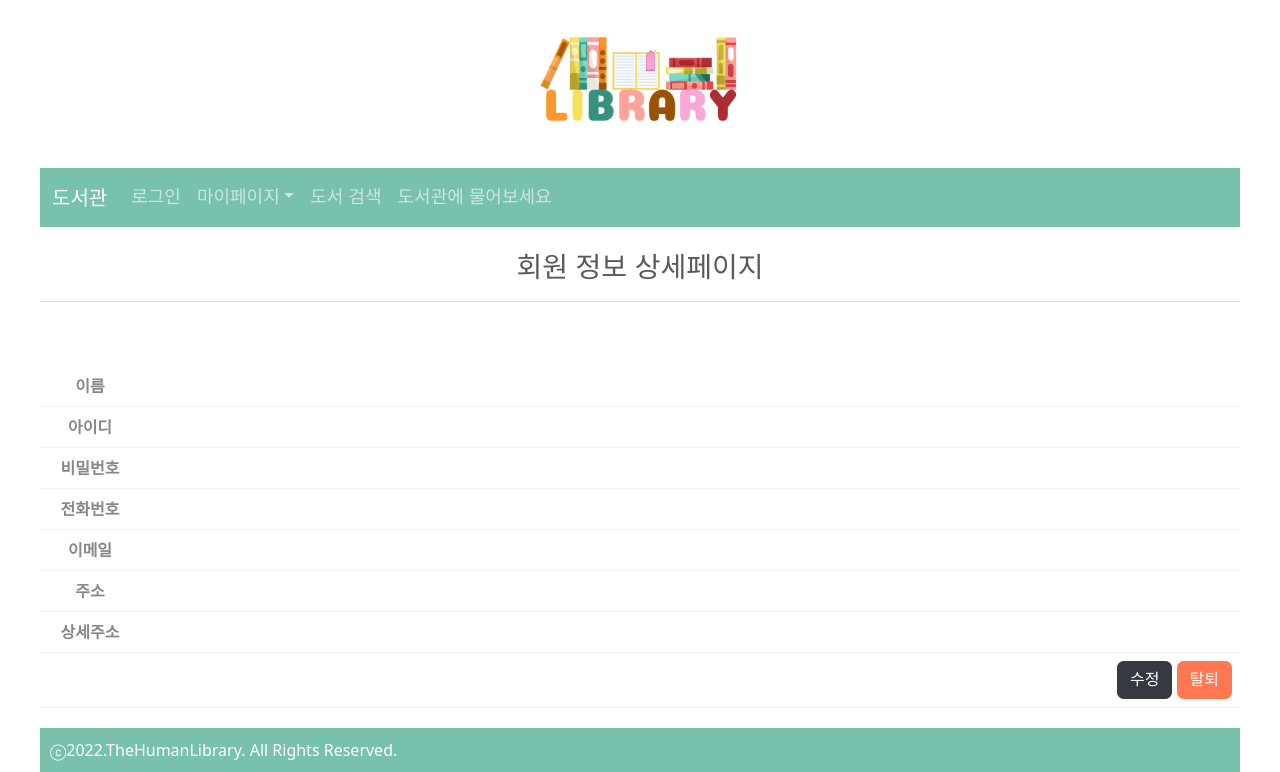
Repository: ahnbin00/Library
Page: http://localhost/BookRental/WEB-INF/book/manageMember.jsp
An editor plug-in stored every save of this project. The page is shown before and after the next save, followed by the edit.
The browser window is 1280 px wide. The pictures show the whole page.
Some web fonts or font styles are not loaded; a fallback is used. Some web libraries are served in a nearby version. The page is served by Tomcat 9. Nobody is signed in. The template is opened directly, without the code that normally fills it, so the values that code supplies are empty.

Above is the page before, as saved 2022-12-22 07:37:46.

After the next save:
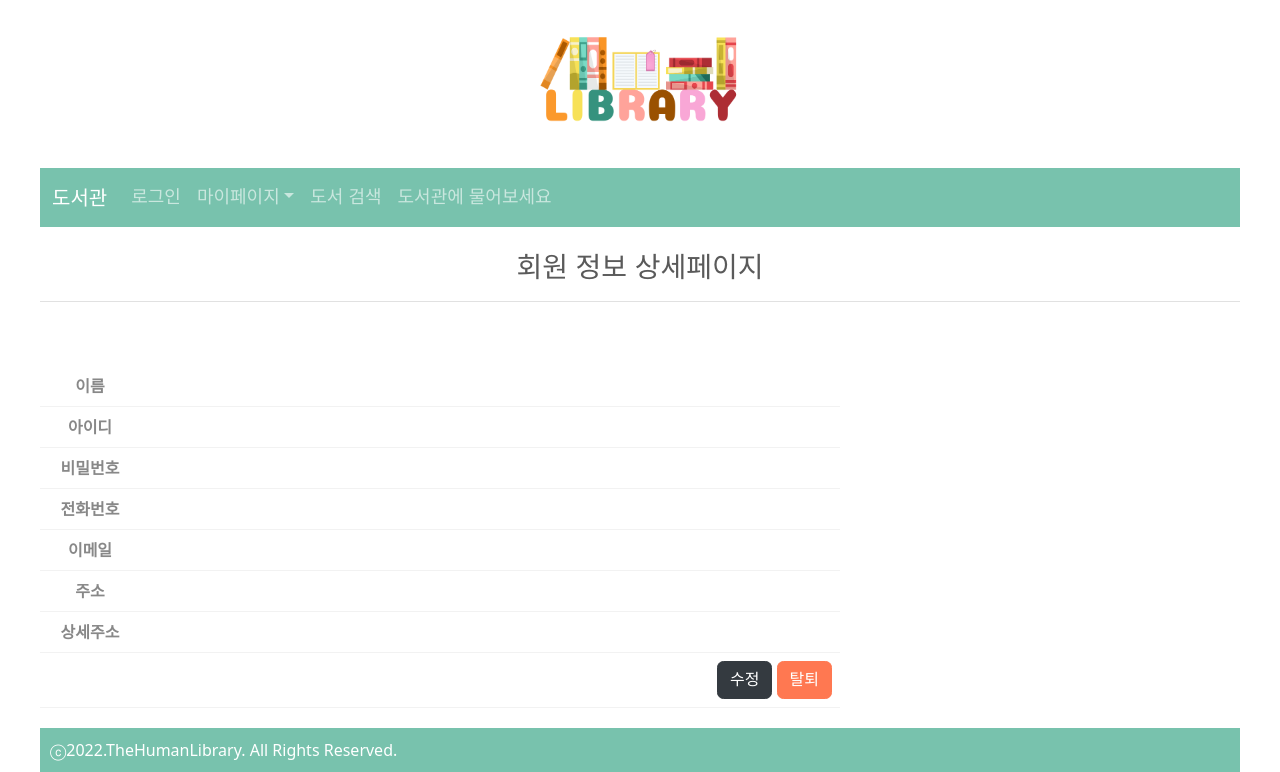
Saved 70 s later.
--- a/BookRental/src/main/webapp/WEB-INF/book/manageMember.jsp
+++ b/BookRental/src/main/webapp/WEB-INF/book/manageMember.jsp
@@ -31,7 +31,7 @@ body
 	<div align="left">
 		<br><br>
 	</div>
-	<table class="table">
+	<table class="table" style="width: 800px">
 		<tr>
 			<th scope="row" width="100px">이름</th>
 			<td>${member.name} </td>
